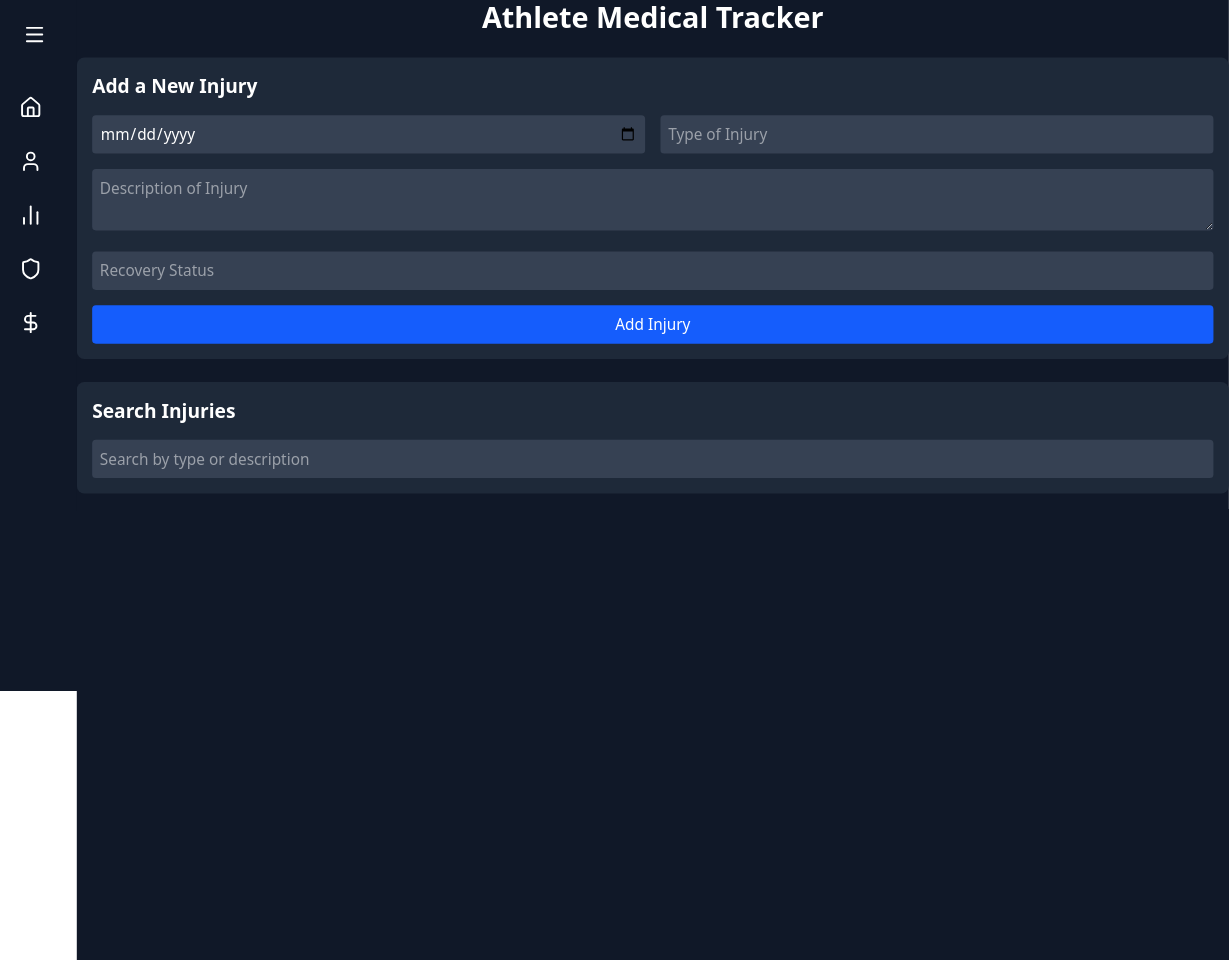
Repository: Shovon0004/Athlete
Page: /medical (app in Athlete/)
These files come from the project's save history. The page is drawn as it stood at one moment and after a run of saves; the edit follows.
The browser window is 1280 px wide. The pictures show the whole page, at 96% of full size.
The project was rebuilt for these pictures with package versions that can differ from the ones it lists, and the page was loaded fresh each time. Also part of the build but not shown: Athlete/vite.config.js, Athlete/src/components/FinanceActions.jsx, Athlete/src/components/EditableFinanceDashboard.jsx, Athlete/src/components/News.jsx, Athlete/src/components/SportsPage.jsx, Athlete/src/components/HeroPage.jsx.

Above is the page before, as saved 2025-01-28 22:14:34.

After the next 2 saves:
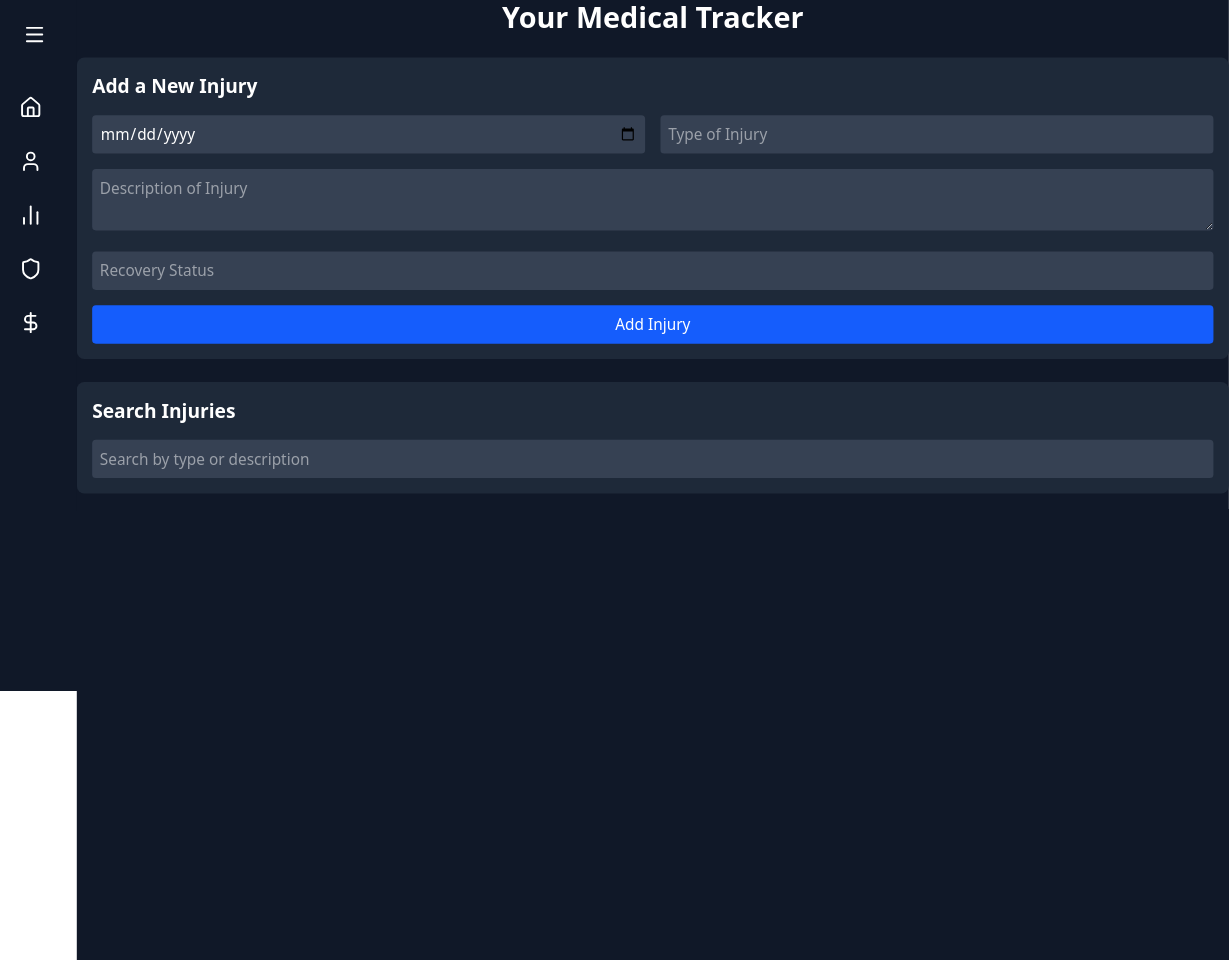
The 2 saves are shown as one change because they came seconds apart.
The last was saved 40 s later.
--- a/Athlete/src/components/Medical.jsx
+++ b/Athlete/src/components/Medical.jsx
@@ -55,7 +55,7 @@
         initial={{ opacity: 0, y: -50 }}
         animate={{ opacity: 1, y: 0 }}
       >
-        Athlete Medical Tracker
+        Your Medical Tracker
       </motion.h1>
 
       <div className="mb-6 p-4 rounded-lg bg-gray-800">
